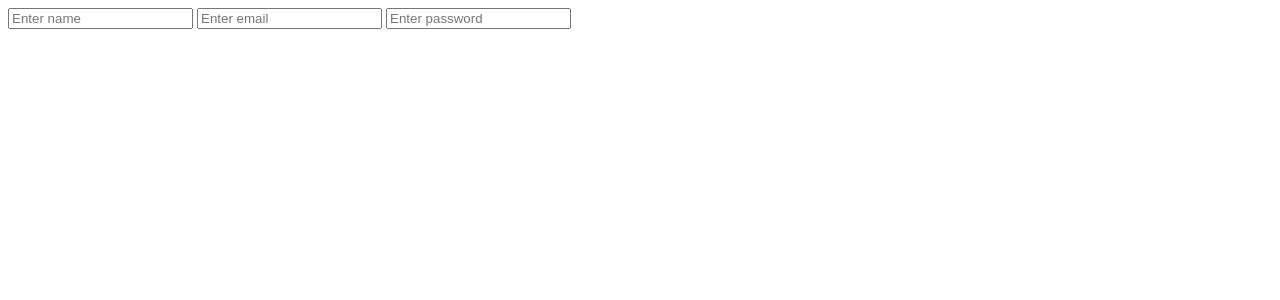
Repository: shubham71099/jdbc_mvc
Page: mvcjdbcexam/src/main/webapp/register.html
These files come from the project's save history. The page is drawn as it stood at one moment and after a run of saves; the edit follows.
The browser window is 1280 px wide. The pictures show the whole page.

Above is the page before, as saved 2024-06-02 07:56:52.

After the next 2 saves:
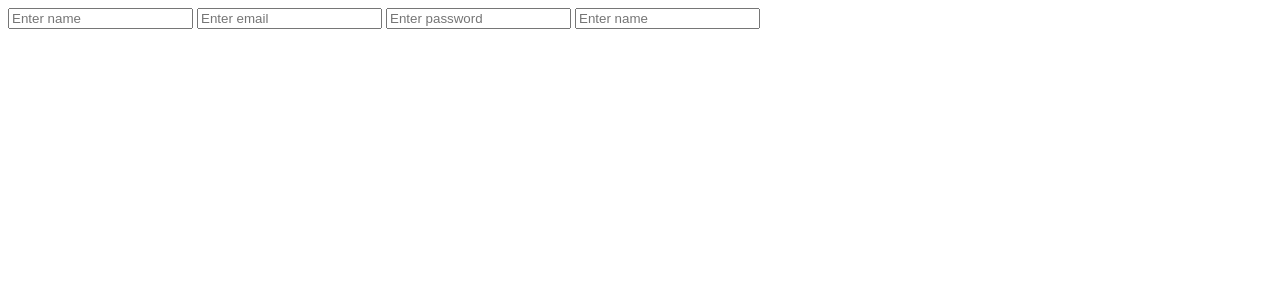
The 2 saves are shown as one change because they came seconds apart.
The last was saved 16 s later.
--- a/mvcjdbcexam/src/main/webapp/register.html
+++ b/mvcjdbcexam/src/main/webapp/register.html
@@ -8,7 +8,8 @@
 	<form action="" method="post">
 		<input type="text" name="name" placeholder="Enter name">
 		<input type="text" name="email" placeholder="Enter email">
-		<input type="text" name="password" placeholder="Enter password">
+		<input type="password" name="password" placeholder="Enter password">
+		<input type="text" name="name" placeholder="Enter name">
 	</form>
 </body>
 </html>
